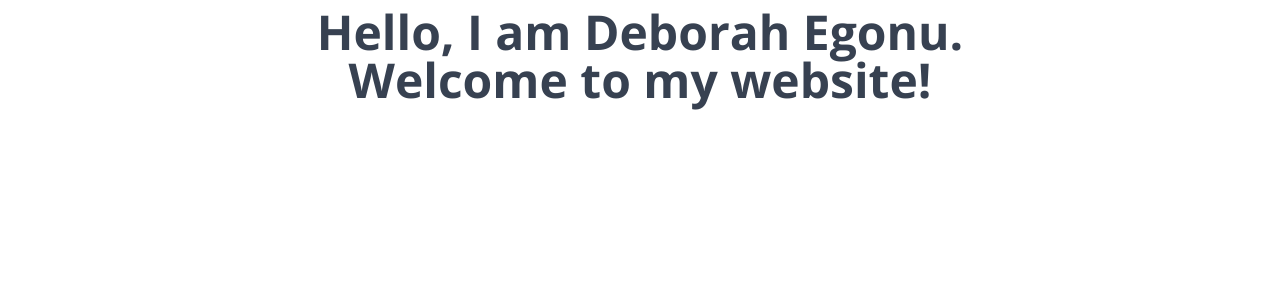
Repository: latenightsnacc/codewithdeb
Page: index.html
These files come from the project's save history. The page is drawn as it stood at one moment and after the next save; the edit follows.
The browser window is 1280 px wide. The pictures show the whole page.

Above is the page before, as saved 2021-06-07 10:28:57.

After the next save:
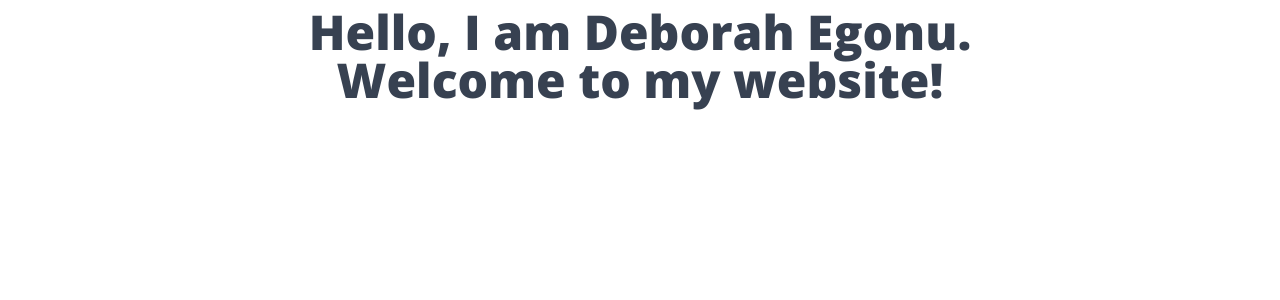
Saved 5 min 56 s later.
--- a/index.html
+++ b/index.html
@@ -12,8 +12,9 @@
     <title>HOME - DEBORAH EGONU</title>
     <style>
         @import url('https://fonts.googleapis.com/css2?family=Open+Sans:wght@300;400;600;700;800&display=swap');
-        body, h1 {
+        h1 {
             font-family: 'Open Sans', sans-serif;
+            font-weight: 800;
         }
     </style>
 </head>
@@ -22,7 +23,7 @@
 
     <!--H1 TEXT-->
     <div class="container">
-        <h1 class="text-center text-xl lg:text-5xl text-gray-700 font-bold py-2">Hello, I am Deborah Egonu.
+        <h1 class="text-center text-xl lg:text-5xl text-gray-700 py-2">Hello, I am Deborah Egonu.
             <br/> Welcome to my website! </h1>
     </div>
 
